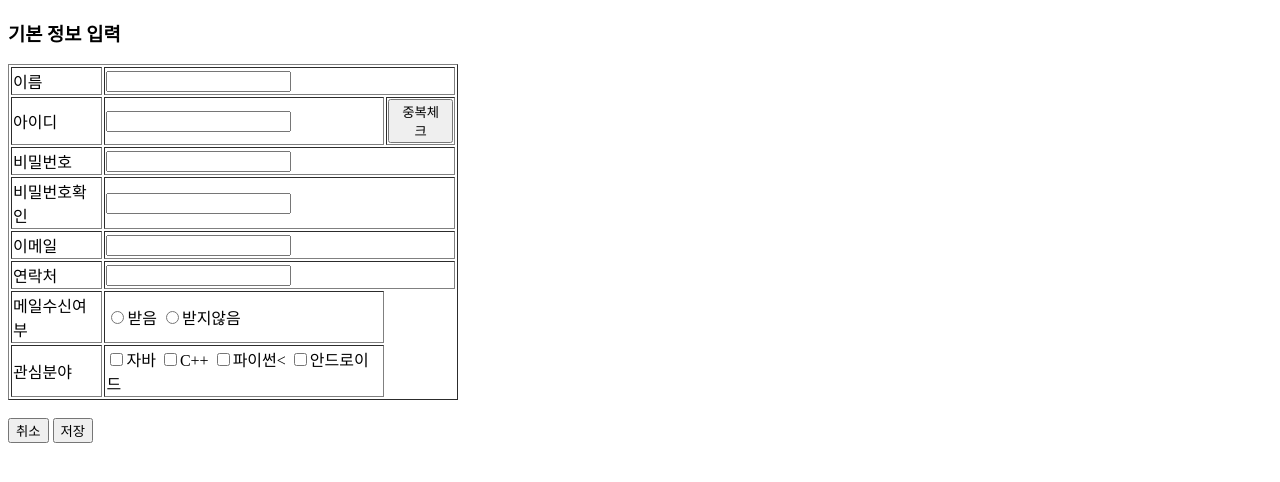
Repository: angelSuho/KCC_Learning_Repo
Page: Html/WebContent/mission03.html
An editor plug-in stored every save of this project. The page is shown before and after the next save, followed by the edit.
The browser window is 1280 px wide. The pictures show the whole page.

Above is the page before, as saved 2024-07-08 06:26:02.

### Html/WebContent/mission03.html
<!DOCTYPE html>
<html>
<head>
<meta charset="UTF-8">
<title>Insert title here</title>
</head>
<body>
	<h3>기본 정보 입력</h3>
	<table width="450" border="1">
		<tbody>
			<tr>
				<td>이름</td>
				<td colspan="4">
					<input type="text" name="userName" id="name">
				</td>
			</tr>
			<tr>
				<td>아이디</td>
				<td>
					<input type="text" name="userId" id="id">
				</td>
				<td colspan="3"><button>중복체크</button></td>
			</tr>
			<tr>
				<td>비밀번호</td>
				<td colspan="4">
					<input type="password" name="userPass">
				</td>
			</tr>
			<tr>
				<td>비밀번호확인</td>
				<td colspan="4">
					<input type="password" name="userPass">
				</td>
			</tr>
			<tr>
				<td>이메일</td>
				<td colspan="4">
					<input type="email" name="userPass">
				</td>
			</tr>
			<tr>
				<td>연락처</td>
				<td colspan="4">
					<input type="text" name="userPass">
				</td>
			</tr>
			<tr>
				<td>메일수신여부</td>
				<td><input type="radio" name="chk_yes" value="받음">받음
				<input type="radio" name="chk_no" value="받지않음">받지않음</td>
			</tr>
			<tr>
				<td>관심분야</td>
				<td><input type="checkbox" name="chk_info" value="자바">자바
				<input type="checkbox" name="chk_info" value="C++">C++
				<input type="checkbox" name="chk_info" value="파이썬">파이썬<
				<input type="checkbox" name="chk_info" value="안드로이드">안드로이드</td>
			</tr>
		</tbody>
	</table>
	<br/>

	<button>취소</button>
	<button>저장</button>

</body>
</html>

After the next save:
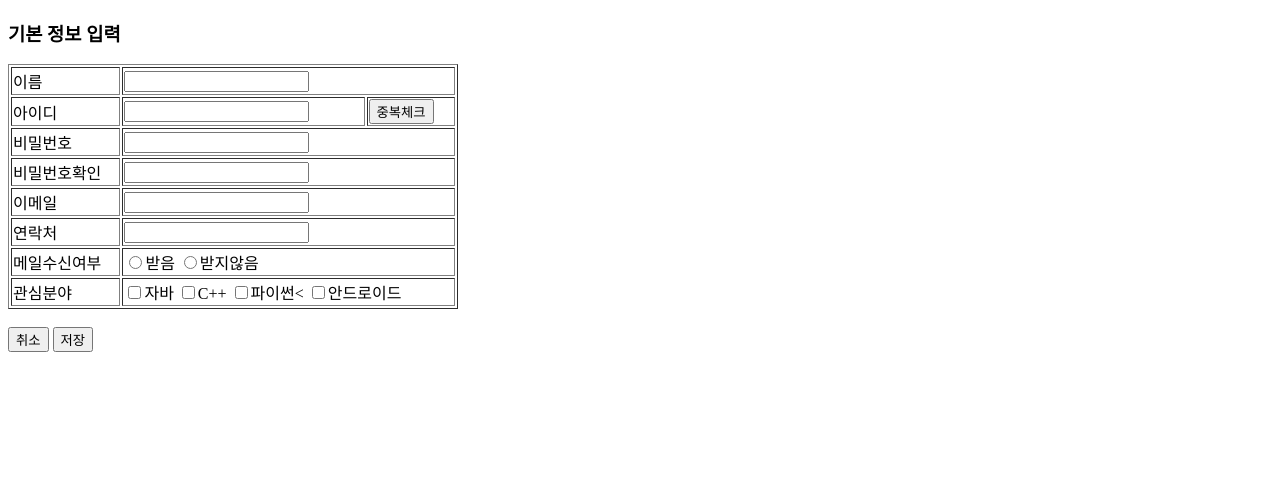
Saved 9 s later.
--- a/Html/WebContent/mission03.html
+++ b/Html/WebContent/mission03.html
@@ -47,12 +47,12 @@
 			</tr>
 			<tr>
 				<td>메일수신여부</td>
-				<td><input type="radio" name="chk_yes" value="받음">받음
+				<td colspan="4"><input type="radio" name="chk_yes" value="받음">받음
 				<input type="radio" name="chk_no" value="받지않음">받지않음</td>
 			</tr>
 			<tr>
 				<td>관심분야</td>
-				<td><input type="checkbox" name="chk_info" value="자바">자바
+				<td colspan="4"><input type="checkbox" name="chk_info" value="자바">자바
 				<input type="checkbox" name="chk_info" value="C++">C++
 				<input type="checkbox" name="chk_info" value="파이썬">파이썬<
 				<input type="checkbox" name="chk_info" value="안드로이드">안드로이드</td>
